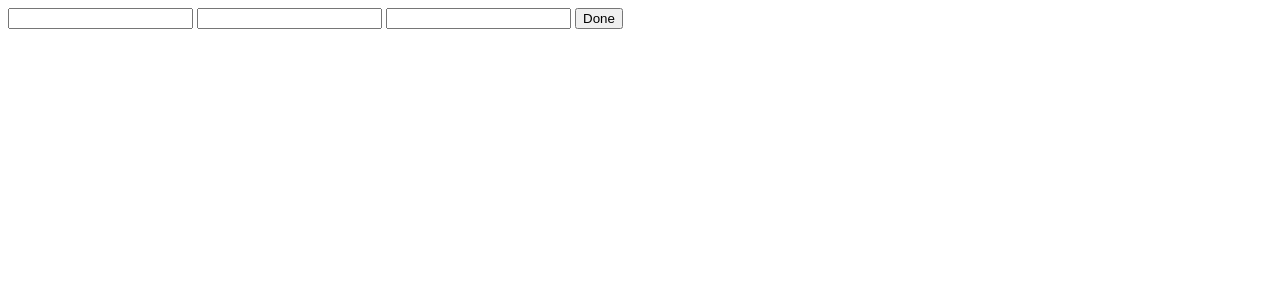
Repository: rahmi45/Spring-MVC
Page: http://localhost/Spring-MVC/studentMvcTags/accountMvcTags
These files come from the project's save history. The page is drawn as it stood at one moment and after the next save; the edit follows.
The browser window is 1280 px wide. The pictures show the whole page.
The page is served by Tomcat 9. Other server files are loaded and not shown.

Above is the page before, as saved 2022-01-14 18:30:10.

### Spring-MVC/WebContent/WEB-INF/view/student-front-mvc-tags/studentAccount.jsp
<%@ page language="java" contentType="text/html; charset=ISO-8859-1"
    pageEncoding="ISO-8859-1"%>
	<%@ taglib prefix="f" uri="http://www.springframework.org/tags/form" %>
<!DOCTYPE html>
<html>
<head>
<meta charset="ISO-8859-1">
<title>Student Account</title>
</head>
<body>
	<f:form action="processMvcTags" modelAttribute="student">
		<f:input path="firstName"/>
		<f:input path="lastName"/>
		<f:input path="age"/>
		<input type="submit" value="Done"/>
	</f:form>
</body>
</html>

After the next save:
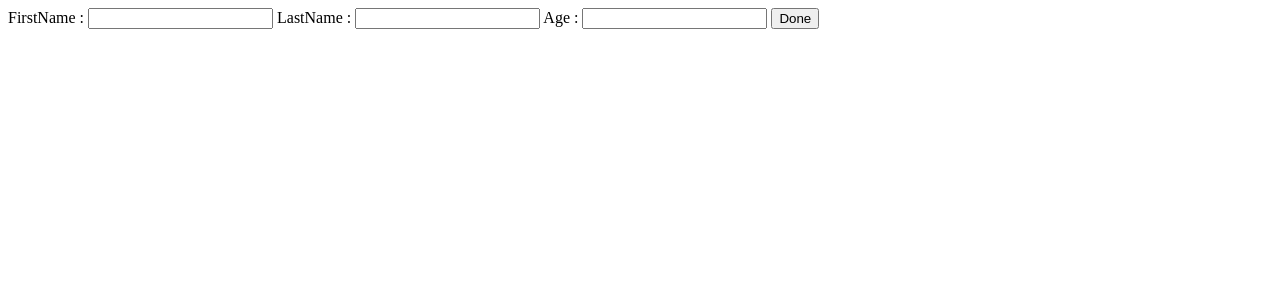
Saved 17 min 10 s later.
--- a/Spring-MVC/WebContent/WEB-INF/view/student-front-mvc-tags/studentAccount.jsp
+++ b/Spring-MVC/WebContent/WEB-INF/view/student-front-mvc-tags/studentAccount.jsp
@@ -9,9 +9,9 @@
 </head>
 <body>
 	<f:form action="processMvcTags" modelAttribute="student">
-		<f:input path="firstName"/>
-		<f:input path="lastName"/>
-		<f:input path="age"/>
+		FirstName : <f:input path="firstName"/>
+		LastName  : <f:input path="lastName"/>
+		Age       : <f:input path="age"/>
 		<input type="submit" value="Done"/>
 	</f:form>
 </body>
